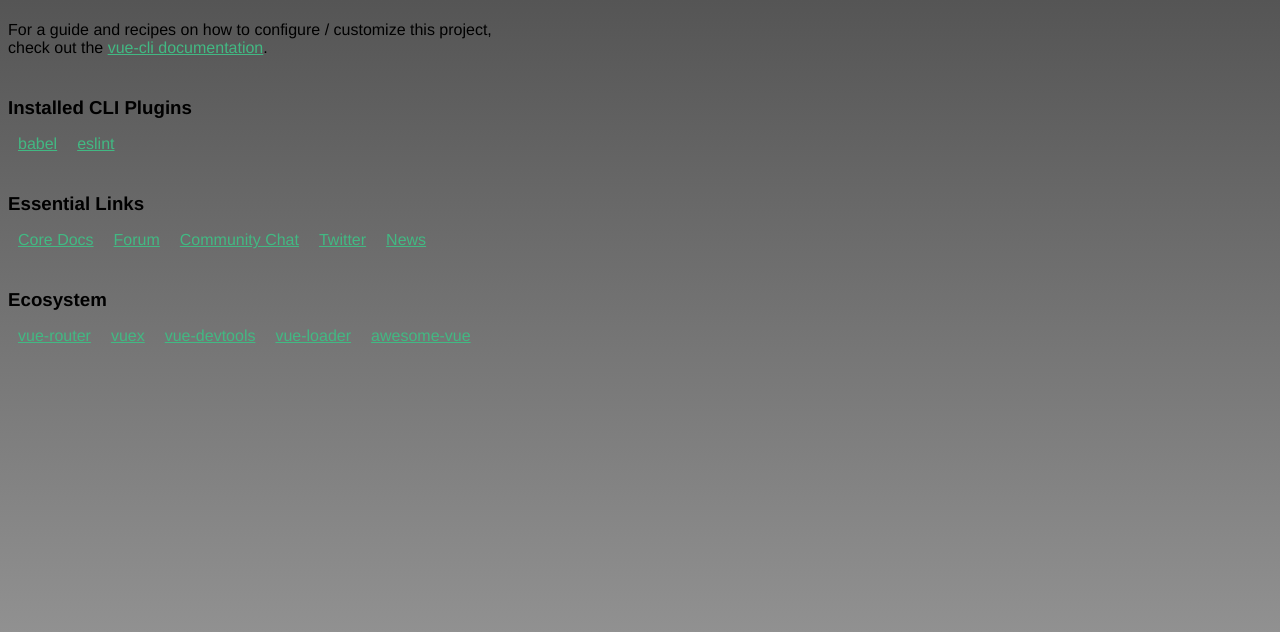
Repository: nickarocho/build-a-bot
Page: /
These files come from the project's save history. The page is drawn as it stood at one moment and after the next save; the edit follows.
The browser window is 1280 px wide. The pictures show the whole page.
The project was rebuilt for these pictures with package versions that can differ from the ones it lists, and the page was loaded fresh each time.

Above is the page before, as saved 2019-11-19 12:14:57.

After the next save:
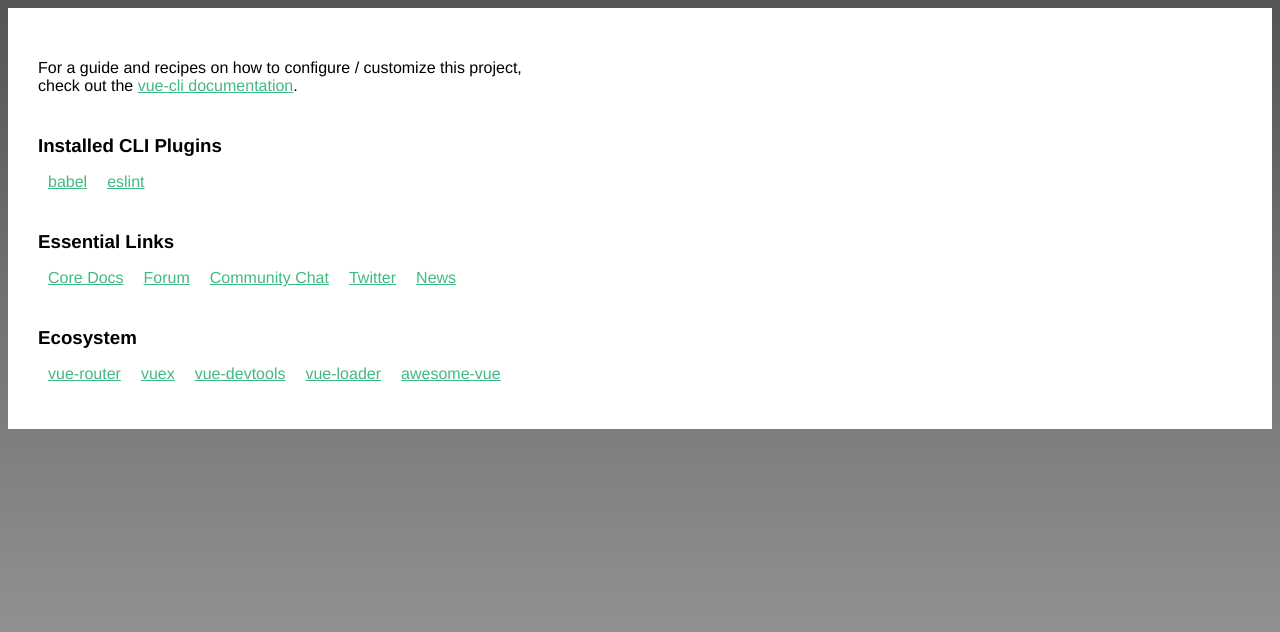
Saved 22 s later.
--- a/src/App.vue
+++ b/src/App.vue
@@ -25,4 +25,10 @@
 #app {
   font-family: 'Avenir', Helvetica, Arial, sans-serif;
 }
+main {
+  margin: 0 auto;
+  padding: 30px;
+  background-color: white;
+
+}
 </style>
